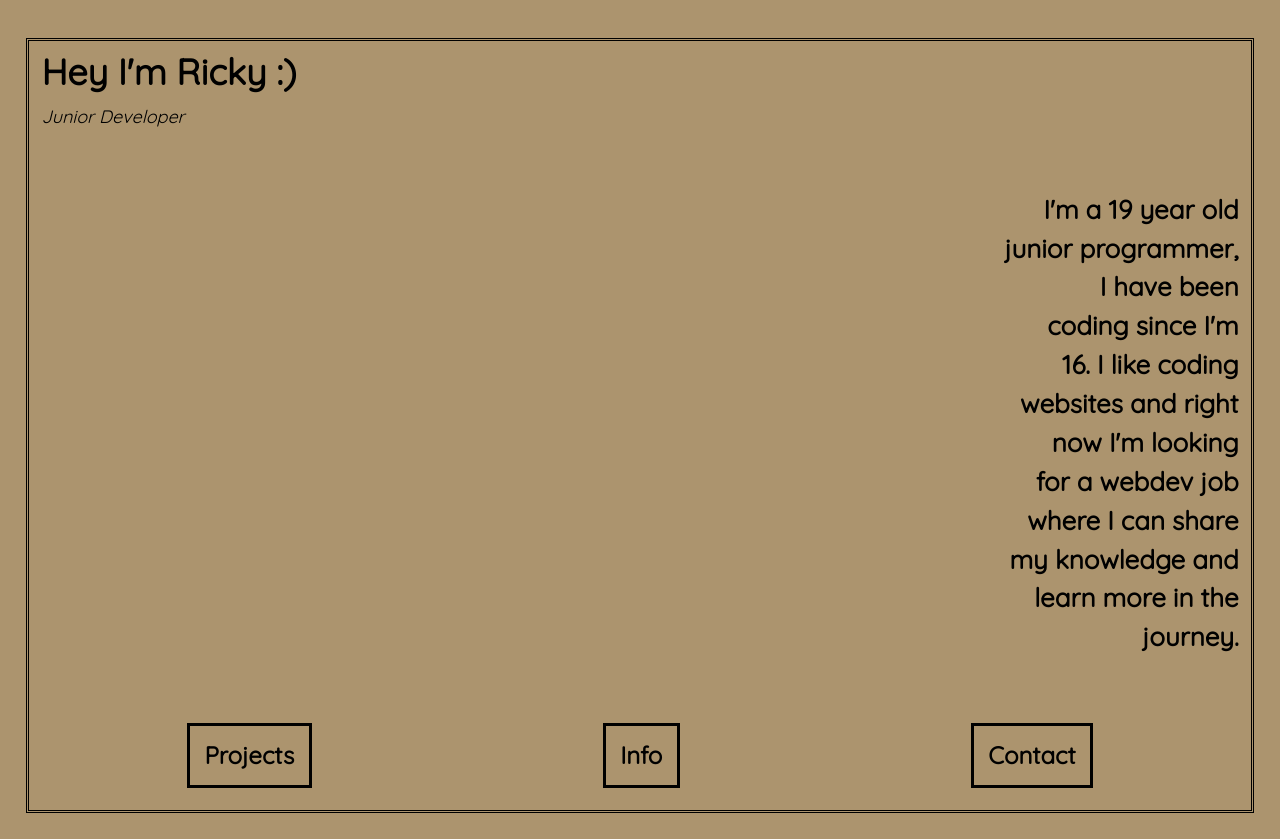
Repository: rickypcyt/ricky-react-portfolio
Page: /
The author's editor kept a copy of each file at every save. The page is drawn from the files as they stood at one save, then again after the next save.
The browser window is 1280 px wide. The pictures show the whole page.
The project was rebuilt for these pictures with package versions that can differ from the ones it lists, and the page was loaded fresh each time. Also part of the build but not shown: src/pages/Info.js, src/pages/Projects.js, src/pages/Contact.js, src/pages/WebMural.js, src/pages/NotesJS.js.

Above is the page before, as saved 2022-09-12 15:21:51.

### src/index.js
import React from "react";
import ReactDOM from "react-dom/client";
import "./index.css";
import App from "./App";
import reportWebVitals from "./reportWebVitals";
import { BrowserRouter, Routes, Route, Switch } from "react-router-dom";

const root = ReactDOM.createRoot(document.getElementById("root"));
root.render(
  <React.StrictMode>
    <BrowserRouter>
      <App />
    </BrowserRouter>
  </React.StrictMode>
);

// If you want to start measuring performance in your app, pass a function
// to log results (for example: reportWebVitals(console.log))
// or send to an analytics endpoint. Learn more: https://bit.ly/CRA-vitals
reportWebVitals();

### src/index.css
@import url("https://fonts.googleapis.com/css2?family=Quicksand");

input[type="file"] {
  display: none;
}
.container {
  top: 0%;
  left: 0%;
}
::marker {
  display: none;
}
.image-container {
  width: 100%;
  margin: auto;
  display: flex;
  flex-direction: row;
  justify-content: space-evenly;
  gap: 15px;
  padding: 10px;
}
body {
  line-height: 1;
  font-family: "Quicksand";
  font-size: large;
  margin: 2%;
  padding: 1%;
  border-style: double;
  margin-top: 3%;
  background: #ac946e;
}
ol {
  list-style: none;
  display: flex;
  padding: 0;
  justify-content: space-around;
  align-items: flex-start;
  display: flex;
  flex-wrap: wrap;
  align-content: center;
}
.content {
  position: absolute;
  right: calc(var(--pad) * 2);
  bottom: calc(var(--pad) * 2);
  white-space: nowrap;
}
.parrafo {
  line-height: 1.5;
  text-align: end;
  font-size: larger;
  padding-bottom: 1%;
}
.parrafo span {
  display: block;
}
.titulo {
  margin: 0;
}
.oli {
  font-weight: bold;
  border-style: solid;
  font-size: x-large;
  padding: 1ch;
}
.descripcion {
  font-weight: lighter;
  font-style: oblique;
}
.oli:hover {
  color: black;
  border-style: dotted;
}
.page {
  padding-top: 2%;
  padding-bottom: 3%;
}
.pageContact {
  padding-top: 8%;
  padding-bottom: 9%;
}
.cabeceranavi {
  padding-bottom: 1%;
}
p {
  font-weight: bold;
}
a {
  color: black;
  text-decoration: none;
  padding: 0ch;
}
span {
  font-size: larger;
}
li {
  width: 7%;
  height: 10%;
}
ul {
  list-style-type: none;
  margin: 0%;
  display: flex;
  align-items: center;
  flex-direction: row;
  padding-top: 5%;
  padding-bottom: 5%;
  padding-left: 0%;
  justify-content: space-around;
}
.imagenes {
  display: block;
  height: auto;
  width: auto;
  padding-top: 5%;
  padding-bottom: 5%;
}

.imagenesproyect {
  position: relative;
}
.fixer {
  display: flex;
  flex-direction: row;
  justify-content: space-evenly;
  padding-bottom: 3%;
}
.overlay {
  position: absolute;
  top: 0.83cm;

  background: rgb(0, 0, 0);
  background: rgb(2, 0.3, 0.9, 0.6); /* Black see-through */
  color: #f1f1f1;
  width: 100%;
  transition: 0.5s ease;
  color: white;
  text-align: center;
  font-size: 20px;
  padding-top: 20px;
  padding-bottom: 20px;
  opacity: 0;
}
.imagenesproyect:hover .overlay {
  opacity: 1;
}
.overlay2 {
  position: absolute;
  bottom: 8%;
  background: rgb(0, 0, 0);
  background: rgba(40, 40, 40, 0.6); /* Black see-through */
  color: #f1f1f1;
  width: 100%;
  transition: 0.5s ease;
  color: white;
  text-align: center;
  font-size: 20px;
  padding-top: 20px;
  padding-bottom: 20px;
  opacity: 0;
}
.imagenesproyect:hover .overlay2 {
  opacity: 1;
}

.homeinfo {
  font-size: x-large;
  line-height: 300%;
}

@media screen and (max-width: 1340px) {
  .fixer {
    flex-direction: column;
    justify-content: center;
  }
  .imagenes {
    height: auto;
    width: 100%;
  }
  ol {
  }
}

.image-container {
  width: auto;
  margin: auto;
  /* display: flex; */
  flex-wrap: wrap;
  gap: 15px;
  padding: 10px;
}

.image-container img {
  max-width: 100%;
  max-height: 225px;
}

.container .image-container .image {
  border: 4px solid black;
  overflow: hidden;
  /* cursor: pointer; */
}

.container .image-container .image img {
  height: 100%;
  width: 100%;
}
@media (max-width: 700px) {
  .image-container img {
    max-height: -10px;
  }
  .cabeceranavi {
    padding-bottom: 7%;
  }
  .homeinfo {
    font-size: x-large;
    line-height: 150%;
  }
}

.image:hover {
  transform: scale(
    1.15
  ); /* (150% zoom - Note: if the zoom is too large, it will go outside of the viewport) */
}

### src/App.js
import Content from "./Content";
import Info from "./pages/Info";
import Projects from "./pages/Projects";
import Contact from "./pages/Contact";
import WebMural from "./pages/WebMural";
import NotesJS from "./pages/NotesJS";
import { Route, Routes, Switch } from "react-router-dom";

function App() {
  return (
    <>
      <Routes>
        <Route path="/" element={<Content />}/>
        <Route path="/Projects" element={<Projects />} />
        <Route path="/Info" element={<Info />} />
        <Route path="/Contact" element={<Contact />} />
        <Route path="/WebMural" element={<WebMural />} />
        <Route path="/NotesJS" element={<NotesJS />} />
      </Routes>
    </>
  );
}
export default App;

### src/Content.js
import { Link, useMatch, useResolvedPath } from "react-router-dom";
export default function Content() {
    console.log(window.location)
  return (
    <main className="BodyOriginal">
      <div id="Page">
        <div className="cabecera">
          <h1 className="titulo">Hey I'm Ricky :)</h1>
          <p className="descripcion">Junior Developer</p>
        </div>
        <div className="separador">
          <section className="page" style={{ display: "block", opacity: 1 }}>
            <div className="home">
              <p className="parrafo ">
                <span>I'm a 19 year old </span>
                <span>junior programmer,</span>
                <span>I have been</span>
                <span> coding since I'm</span>
                <span>16. I like coding</span>
                <span>websites and right</span>
                <span>now I'm looking</span>
                <span>for a webdev job</span>
                <span>where I can share</span>
                <span>my knowledge and</span>
                <span>learn more in the</span>
                <span>journey.</span>
              </p>
            </div>
          </section>
          <nav className="cabeceranavi">
            <ol>
              <div>
                <CustomLink to="projects" className="oli">
                  Projects
                </CustomLink>
              </div>
              <div>
                <CustomLink to="info" className="oli">
                  Info
                </CustomLink>
              </div>
              <div>
                <CustomLink to="contact" className="oli">
                  Contact
                </CustomLink>
              </div>
            </ol>
          </nav>
        </div>
      </div>
    </main>
  );
}

function CustomLink({ to, children, ...props }) {
  const resolvedPath = useResolvedPath(to);
  const isActive = useMatch({ path: resolvedPath.pathname, end: true });
  return (
    <li className={isActive ? "active" : ""}>
      <Link to={to} {...props}>
        {children}
      </Link>
    </li>
  );
}

Loaded but not shown: public/index.html (common file); src/reportWebVitals.js (common file)

After the next save:
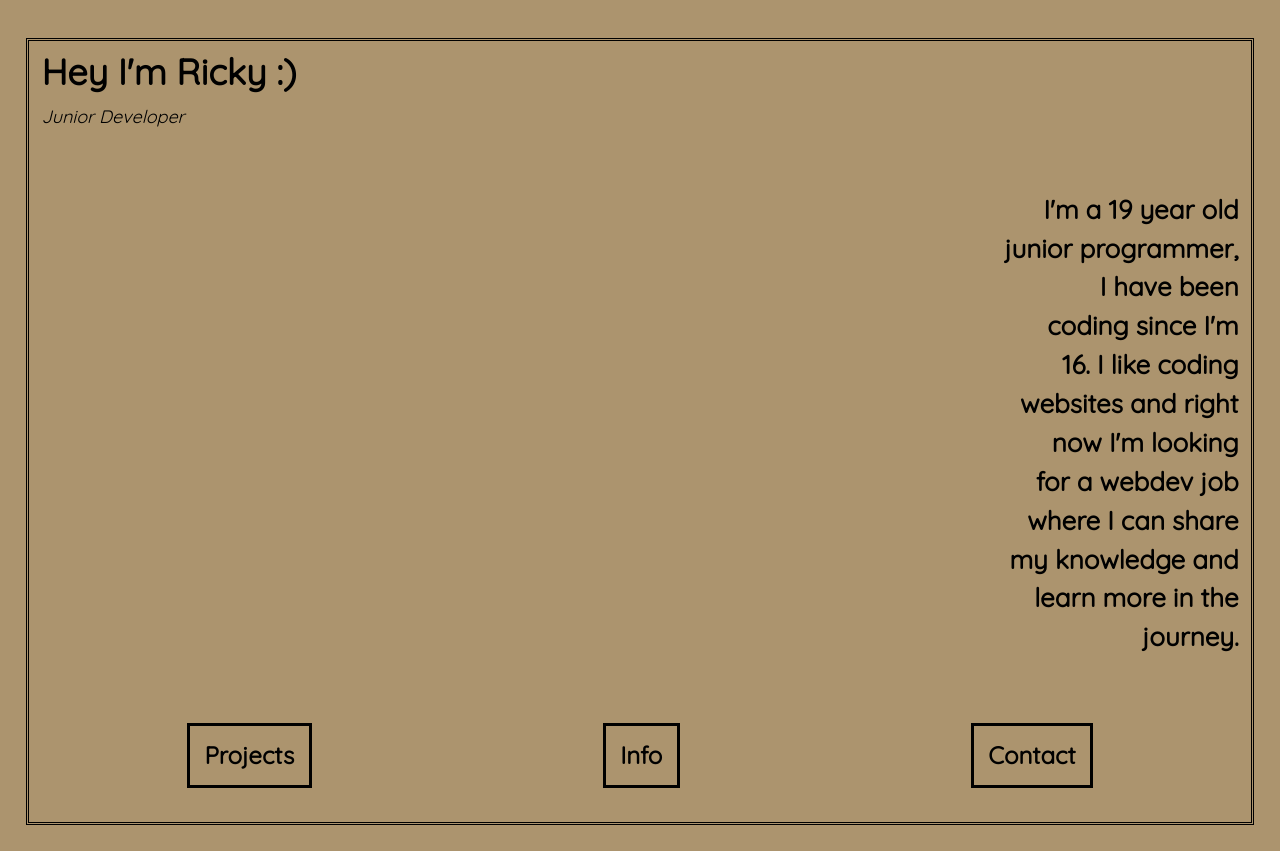
Saved 13 s later.
--- a/src/index.css
+++ b/src/index.css
@@ -80,7 +80,7 @@ ol {
   padding-bottom: 9%;
 }
 .cabeceranavi {
-  padding-bottom: 1%;
+  padding-bottom: 2%;
 }
 p {
   font-weight: bold;
